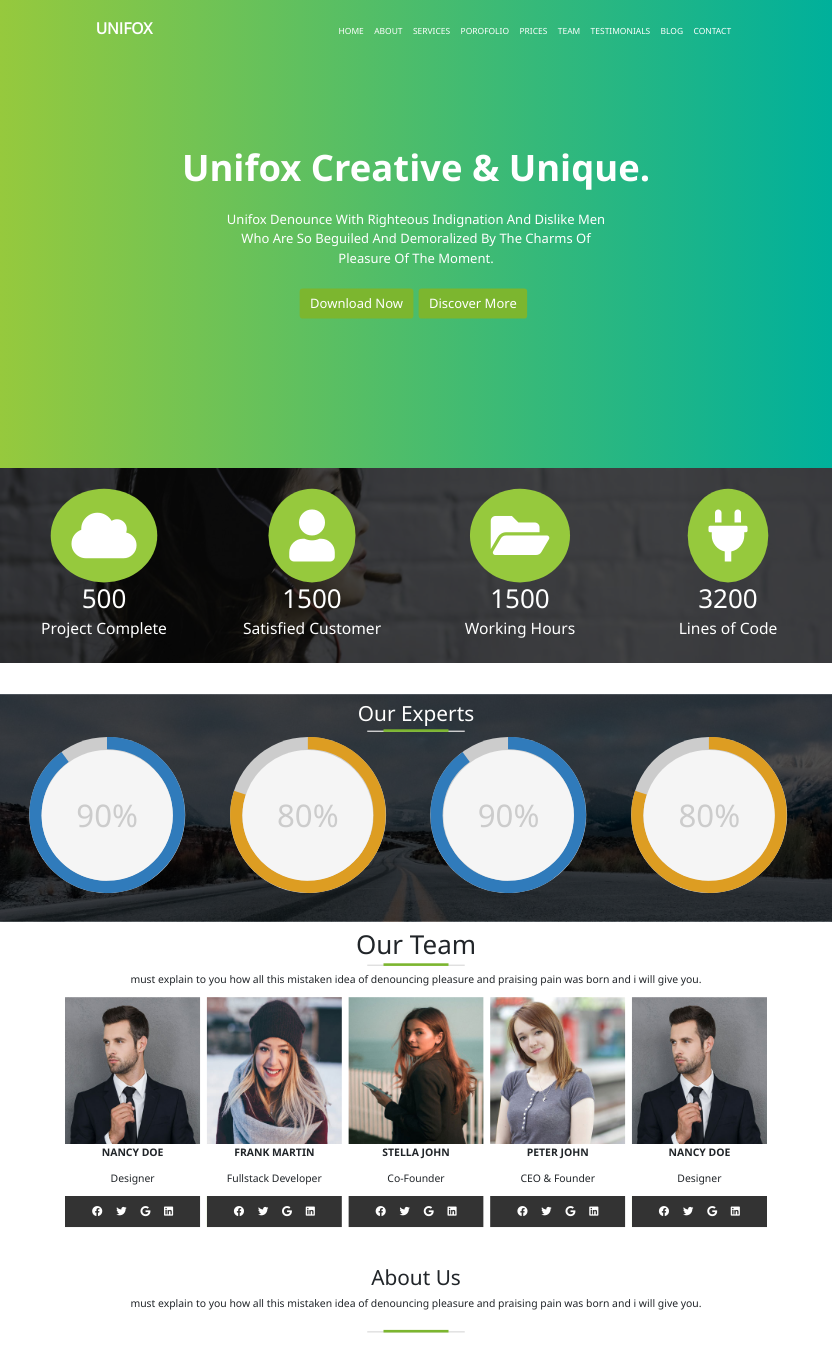
Repository: ibrkhalil/Uniforce-First-Attempt
Page: index.html
The author's editor kept a copy of each file at every save. The page is drawn from the files as they stood at one save, then again after the next save.
The browser window is 1280 px wide. The pictures show the whole page, at 65% of full size.
Backgrounds fixed to the window are drawn as part of the page.

Above is the page before, as saved 2021-01-24 02:27:51.

### index.html
<!DOCTYPE html>
<html lang="en">
  <head>
    <meta charset="UTF-8" />
    <link rel="stylesheet" href="./bootstrap.min.css" />
    <link rel="stylesheet" href="owl.carousel.css" />
    <link rel="preconnect" href="https://fonts.gstatic.com" />
    <link rel="stylesheet" href="./jquery-ui.css" />
    <link
      rel="stylesheet"
      href="https://use.fontawesome.com/releases/v5.15.2/css/all.css"
      integrity="sha384-vSIIfh2YWi9wW0r9iZe7RJPrKwp6bG+s9QZMoITbCckVJqGCCRhc+ccxNcdpHuYu"
      crossorigin="anonymous"
    />
    <link rel="stylesheet" href="./circle.css" />
    <link
      href="https://fonts.googleapis.com/css2?family=Open+Sans&display=swap"
      rel="stylesheet"
    />
    <link rel="stylesheet" href="style.css" />
    <meta name="viewport" content="width=device-width, initial-scale=1.0" />
    <title>Unifox</title>
  </head>

  <body>
    <div class="main-nav">
      <nav
        class="navbar navbar-expand-lg justify-content-around sticky-top navbar-fixed-top"
      >
        <!-- <div class="container"> -->
        <a class="navbar-brand" href="#"><h3 class="unifox">UNIFOX</h3></a>
        <button
          class="navbar-toggler"
          type="button"
          data-toggle="collapse"
          data-target="#navbarSupportedContent"
          aria-controls="navbarSupportedContent"
          aria-expanded="false"
          aria-label="Toggle navigation"
        >
          <span class="fa fa-bars fa-3x"></span>
        </button>
        <div class="">
          <div class="nav-items">
            <div class="collapse navbar-collapse" id="navbarSupportedContent">
              <ul class="navbar-nav mr-auto">
                <li class="item">
                  <a class="nav-link active" href="#">HOME</a>
                </li>
                <li class="nav-item"><a class="nav-link" href="#">ABOUT</a></li>
                <li class="nav-item">
                  <a class="nav-link" href="#">SERVICES</a>
                </li>
                <li class="nav-item">
                  <a class="nav-link" href="#">POROFOLIO</a>
                </li>
                <li class="nav-link"><a href="#">PRICES</a></li>
                <li class="nav-link"><a href="#">TEAM</a></li>
                <li class="nav-link"><a href="#">TESTIMONIALS</a></li>
                <li class="nav-link"><a href="#">BLOG</a></li>
                <li class="nav-link"><a href="#">CONTACT</a></li>
              </ul>
            </div>
          </div>
        </div>

        <!-- </div> -->
      </nav>

      <!-- nav end -->

      <div class="jumbotron">
        <h1 class="display-4 jumbo-main-text">
          <strong>Unifox Creative & Unique.</strong>
        </h1>
        <p class="lead jumbo-subtext">
          Unifox Denounce With Righteous Indignation And Dislike Men Who Are So
          Beguiled And Demoralized By The Charms Of Pleasure Of The Moment.
        </p>

        <div class="jumbo-btns">
          <p class="lead">
            <a class="btn jumbo-btn btn-primary btn-lg" href="#" role="button"
              >Download Now</a
            >
          </p>
          <p class="lead">
            <a class="btn jumbo-btn btn-primary btn-lg" href="#" role="button"
              >Discover More</a
            >
          </p>
        </div>
      </div>
      <!-- jumbotron end -->
      <!-- heading end -->
    </div>
    <div class="counting-number parallax">
      <div class="container-fluid">
        <div class="row">
          <div class="col-md-3">
            <i class="fa counting-icon fa-cloud fa-5x"></i>
            <h1 class="counter" data-count="500">0</h1>
            <h4>Project Complete</h4>
          </div>
          <div class="col-md-3">
            <i class="fa counting-icon fa-user fa-5x"></i>
            <h1 class="counter" data-count="1500">0</h1>
            <h4>Satisfied Customer</h4>
          </div>
          <div class="col-md-3">
            <i class="fa counting-icon fa-folder-open fa-5x"></i>
            <h1 class="counter" data-count="1500">0</h1>
            <h4>Working Hours</h4>
          </div>
          <div class="col-md-3">
            <i class="fa counting-icon fa-plug fa-5x"></i>
            <h1 class="counter" data-count="3200">0</h1>
            <h4>Lines of Code</h4>
          </div>
        </div>
      </div>
    </div>

    <br />
    <br />

    <!-- Counting number div -->
    <div class="our-experts-main">
      <h2 class="our-experts-word line">Our Experts</h2>

      <div class="our-experts">
        <div class="clearfix circular-icons">
          <div class="c100 p90 big blue">
            <span>90%</span>
            <div class="slice">
              <div class="bar"></div>
              <div class="fill"></div>
            </div>
          </div>
          <div class="c100 p80 big orange">
            <span>80%</span>
            <div class="slice">
              <div class="bar"></div>
              <div class="fill"></div>
            </div>
          </div>
          <div class="c100 p90 big blue">
            <span>90%</span>
            <div class="slice">
              <div class="bar"></div>
              <div class="fill"></div>
            </div>
          </div>

          <div class="c100 p80 big orange">
            <span>80%</span>
            <div class="slice">
              <div class="bar"></div>
              <div class="fill"></div>
            </div>
          </div>
        </div>
        <!-- /green -->

        <!-- orange -->
        <div class="clearfix"></div>
      </div>
    </div>

    <!-- experts end -->

    <div class="our-team">
      <div class="container">
        <div class="our-team-text">
          <h1 class="line">Our Team</h1>

          <p>
            must explain to you how all this mistaken idea of denouncing
            pleasure and praising pain was born and i will give you.
          </p>
        </div>
        <div class="top-content">
          <div class="container-fluid">
            <div class="owl-carousel owl-theme">
              <div class="item">
                <img
                  src="./images/1 (1).jpg"
                  class="img-fluid mx-auto d-block"
                  alt="img1"
                />
                <strong class="team-member-name">
                  <p>STELLA JOHN</p>
                </strong>
                <p>Co-Founder</p>
                <div class="social-media-icons" data-content="Link Hover">
                  <div
                    class="container d-flex justify-content-around align-items-center"
                  >
                    <i class="fab fa-facebook"></i>
                    <i class="fab fa-twitter"></i>
                    <i class="fab fa-google"></i>
                    <i class="fab fa-linkedin"></i>
                  </div>
                </div>
              </div>

              <div class="item">
                <img
                  src="./images/2 (1).jpg"
                  class="img-fluid mx-auto d-block"
                  alt="img2"
                />
                <strong class="team-member-name">
                  <p>PETER JOHN</p>
                </strong>
                <p>CEO & Founder</p>
                <div class="social-media-icons">
                  <div
                    class="container d-flex justify-content-around align-items-center"
                  >
                    <i class="fab fa-facebook"></i>
                    <i class="fab fa-twitter"></i>
                    <i class="fab fa-google"></i>
                    <i class="fab fa-linkedin"></i>
                  </div>
                </div>
              </div>

              <div class="item">
                <img
                  src="./images/3 (1).jpg"
                  class="img-fluid mx-auto d-block"
                  alt="img3"
                />
                <strong class="team-member-name">
                  <p>NANCY DOE</p>
                </strong>
                <p>Designer</p>
                <div class="social-media-icons">
                  <div
                    class="container d-flex justify-content-around align-items-center"
                  >
                    <i class="fab fa-facebook"></i>
                    <i class="fab fa-twitter"></i>
                    <i class="fab fa-google"></i>
                    <i class="fab fa-linkedin"></i>
                  </div>
                </div>
              </div>

              <div class="item">
                <img
                  src="./images/4.jpg"
                  class="img-fluid mx-auto d-block"
                  alt="img4"
                />
                <strong class="team-member-name">
                  <p>FRANK MARTIN</p>
                </strong>
                <p>Fullstack Developer</p>
                <div class="social-media-icons">
                  <div
                    class="container d-flex justify-content-around align-items-center"
                  >
                    <i class="fab fa-facebook"></i>
                    <i class="fab fa-twitter"></i>
                    <i class="fab fa-google"></i>
                    <i class="fab fa-linkedin"></i>
                  </div>
                </div>
              </div>
            </div>
          </div>
        </div>
      </div>
    </div>
        <section class="line my-5 green-bottom-border">
            <div class="container">
                <h2>About Us</h2>
                <p>must explain to you how all this mistaken idea of denouncing pleasure and praising pain was born and i will give you.</p>
                <div class="row">
                    <div class="col-md-6"><h3></h3></div>
                    <div class="col-md-6"></div>
                </div>
            </div>
            </section>

    <script src="./jquery.js"></script>
    <script src="./jquery-ui.js"></script>
    <script src="./owl.carousel.js"></script>
    <script src="./owl.autoplay.js"></script>
    <script src="./bootstrap.js"></script>
    <script src="./script.js"></script>
  </body>
</html>

### style.css
*{
    margin: 0;
    padding: 0;
}
body{
    font-family: 'Segoe UI', Tahoma, Geneva, Verdana, sans-serif;
}
.nav-items{
    display: flex;
    width: 100%;
    justify-content: space-between;
}

.main-nav h3{
    font-family: 'Open Sans', sans-serif;
    font-weight: bold;
    font-size: x-large;
}
.main-nav{
    transition: all 200ms;
    font-size: small;
    background: linear-gradient(to right, #96c93d, #00b09b);
    height: 100vh;
}
.main-nav a{
    text-decoration: none;
    color: white;
    border: none;
}
 .main-nav li, .main-nav h3 {
    margin-top: 1rem;
}
.circular-icons{
    display: flex;
    justify-content: space-between;
}
.jumbotron{
    text-align: center;
    margin-top: 5rem;
    color: white;
    background-color: transparent;
}
.jumbo-btn{
    background-color: #7CB62F;
}

.navbar-fixed-top a:hover{
    color: #3e3e3e;
}
.navbar-fixed-top.scrolled {
    width: 100vw;
    background-color: #fff !important;
    /* padding: 0.5rem 0; */
    /* transition: all 200ms ease; */

  }
/* .navbar-fixed-top.scrolled  a{
    color: black;

  } */
  .navbar-fixed-top.scrolled  a:hover{
    color: gray;

  }
.jumbo-btns{
    display: flex;
    justify-content: center;
}
.jumbo-subtext{

    margin: 2rem auto;
    width: 50%;
}
.jumbo-main-text{
font-weight: 400;
}
.jumbo-btns p{
   margin-right: 0.5rem;
}
.lead-btns a{
    display: flex;
    border: none;
}
.parallax {
    background-image: url("./fun_facts_bg.jpg");
    height: 300px;
    background-blend-mode: overlay;
    background-attachment: fixed;
    background-position: center;
    background-repeat: no-repeat;
    background-size: cover;
    background-color: rgba(0, 0, 0,0.7);
    color: white;
    text-align: center;
    display: flex;
    align-items: center;
  }
  .parallax img {
      height: 300px;
      object-fit: cover;
  }
  .counting-icon{
      padding: 2rem;
      background-color: #96c93d ;
      border-radius: 50%;
  }
.jumbo-btn:hover{
    transition: 1s;
    background-color: black;
}
.line{
    position: relative;
    text-align: center;
    padding: 10px 0;
}
.line::after , .line::before{
    content: "";
    width: 100px;
    height: 4px;
    position: absolute;
    background-color: #7CB62F;
    left: 50%;
    transform: translate(-50%,0);
    bottom: 0;
}
.line::before{
    height: 2px;
    background-color: #ddd;
    width: 150px;
}


.clearfix:before,.clearfix:after {content: " "; display: table;}
.clearfix:after {clear: both;}
.clearfix {*zoom: 1;}


.our-experts-main{
    background-image: url("./skill-bg.jpg");
    height: 350px;
    background-blend-mode: overlay;
    background-attachment: fixed;
    background-position: center;
    background-repeat: no-repeat;
    background-size: cover;
    background-color: rgba(0, 0, 0,0.7);
    color: white;
}
.our-experts-main:first-child{
    display: flex;
    justify-content: center;
}
.our-experts h2{
    display: block !important;
}
.our-team{
    text-align: center;
}
@media (min-width: 768px) and (max-width: 991px) {
    /* Show 4th slide on md if col-md-4*/
    .carousel-inner .active.col-md-4.carousel-item + .carousel-item + .carousel-item + .carousel-item {
        position: absolute;
        top: 0;
        right: -33.3333%;  /*change this with javascript in the future*/
        z-index: -1;
        display: block;
        visibility: visible;
    }
}
@media (min-width: 576px) and (max-width: 768px) {
    /* Show 3rd slide on sm if col-sm-6*/
    .carousel-inner .active.col-sm-6.carousel-item + .carousel-item + .carousel-item {
        position: absolute;
        top: 0;
        right: -50%;  /*change this with javascript in the future*/
        z-index: -1;
        display: block;
        visibility: visible;
    }
}
@media (min-width: 576px) {
    .carousel-item {
        margin-right: 0;
    }
    /* show 2 items */
    .carousel-inner .active + .carousel-item {
        display: block;
    }
    .carousel-inner .carousel-item.active:not(.carousel-item-right):not(.carousel-item-left),
    .carousel-inner .carousel-item.active:not(.carousel-item-right):not(.carousel-item-left) + .carousel-item {
        transition: none;
    }
    .carousel-inner .carousel-item-next {
        position: relative;
        transform: translate3d(0, 0, 0);
    }
    /* left or forward direction */
    .active.carousel-item-left + .carousel-item-next.carousel-item-left,
    .carousel-item-next.carousel-item-left + .carousel-item,
    .carousel-item-next.carousel-item-left + .carousel-item + .carousel-item {
        position: relative;
        transform: translate3d(-100%, 0, 0);
        visibility: visible;
    }
    /* farthest right hidden item must be also positioned for animations */
    .carousel-inner .carousel-item-prev.carousel-item-right {
        position: absolute;
        top: 0;
        left: 0;
        z-index: -1;
        display: block;
        visibility: visible;
    }
    /* right or prev direction */
    .active.carousel-item-right + .carousel-item-prev.carousel-item-right,
    .carousel-item-prev.carousel-item-right + .carousel-item,
    .carousel-item-prev.carousel-item-right + .carousel-item + .carousel-item {
        position: relative;
        transform: translate3d(100%, 0, 0);
        visibility: visible;
        display: block;
        visibility: visible;
    }
}
/* MD */
@media (min-width: 768px) {
    /* show 3rd of 3 item slide */
    .carousel-inner .active + .carousel-item + .carousel-item {
        display: block;
    }
    .carousel-inner .carousel-item.active:not(.carousel-item-right):not(.carousel-item-left) + .carousel-item + .carousel-item {
        transition: none;
    }
    .carousel-inner .carousel-item-next {
        position: relative;
        transform: translate3d(0, 0, 0);
    }
    /* left or forward direction */
    .carousel-item-next.carousel-item-left + .carousel-item + .carousel-item + .carousel-item {
        position: relative;
        transform: translate3d(-100%, 0, 0);
        visibility: visible;
    }
    /* right or prev direction */
    .carousel-item-prev.carousel-item-right + .carousel-item + .carousel-item + .carousel-item {
        position: relative;
        transform: translate3d(100%, 0, 0);
        visibility: visible;
        display: block;
        visibility: visible;
    }
}
/* LG */
@media (min-width: 991px) {
    /* show 4th item */
    .carousel-inner .active + .carousel-item + .carousel-item + .carousel-item {
        display: block;
    }
    .carousel-inner .carousel-item.active:not(.carousel-item-right):not(.carousel-item-left) + .carousel-item + .carousel-item + .carousel-item {
        transition: none;
    }
    /* Show 5th slide on lg if col-lg-3 */
    .carousel-inner .active.col-lg-3.carousel-item + .carousel-item + .carousel-item + .carousel-item + .carousel-item {
        position: absolute;
        top: 0;
        right: -25%;  /*change this with javascript in the future*/
        z-index: -1;
        display: block;
        visibility: visible;
    }
    /* left or forward direction */
    .carousel-item-next.carousel-item-left + .carousel-item + .carousel-item + .carousel-item + .carousel-item {
        position: relative;
        transform: translate3d(-100%, 0, 0);
        visibility: visible;
    }
    /* right or prev direction //t - previous slide direction last item animation fix */
    .carousel-item-prev.carousel-item-right + .carousel-item + .carousel-item + .carousel-item + .carousel-item {
        position: relative;
        transform: translate3d(100%, 0, 0);
        visibility: visible;
        display: block;
        visibility: visible;
    }
}
.social-media-icons{
    color: white;
    padding: 1rem;
    /* clip-path: polygon(0 0, 0 0, 0% 100%, 0 100%); */
    /* background-size: 100% 0;y/ */
    /* width: 100%; */
    background: red; /* default color */

    /* "to left" / "to right" - affects initial color */
    background: linear-gradient(to left, #333 50%, #7CB62F 50%) right;
    background-size: 200%;
    transition: 1s ease;
}
.social-media-icons:hover{
    background-position:left;
}
.social-media-icons i{
    cursor: pointer;
}

/* .social-media-icons::before{
    position: absolute; */
    /* content: attr(data-content); */
/* } */


.social-media-icons .fab:hover{
    transition: 1s;
    color: gold;
}
.carousel-item:nth-child(2){
    margin-bottom: 1rem;
}

@media screen and (max-width: 768px){
    /* .navbar-nav{ */
        .navbody{
        display: none;
        justify-content: center;
        width: 100vw;
        /* float: right; */
    }
}

Loaded but not shown: bootstrap.min.css (library); owl.carousel.css (library); jquery-ui.css (library); jquery.js (library); jquery-ui.js (library); owl.carousel.js (library); owl.autoplay.js (library); bootstrap.js (library); script.js (88 lines, source omitted); circle.css (879 lines, source omitted)

After the next save:
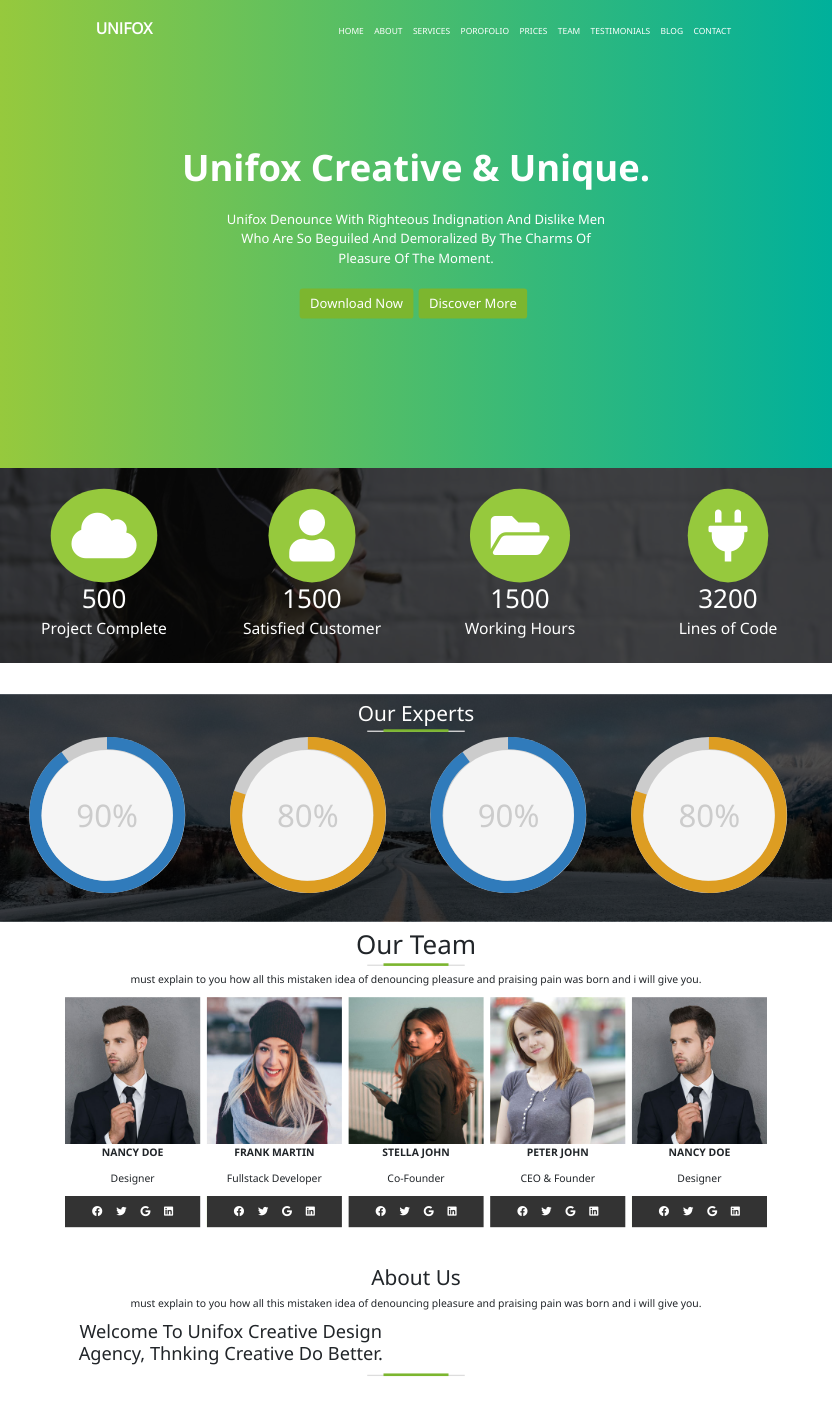
Saved 6 s later.
--- a/index.html
+++ b/index.html
@@ -279,7 +279,7 @@
                 <h2>About Us</h2>
                 <p>must explain to you how all this mistaken idea of denouncing pleasure and praising pain was born and i will give you.</p>
                 <div class="row">
-                    <div class="col-md-6"><h3></h3></div>
+                    <div class="col-md-6"><h3>Welcome To Unifox Creative Design Agency, Thnking Creative Do Better.</h3></div>
                     <div class="col-md-6"></div>
                 </div>
             </div>
